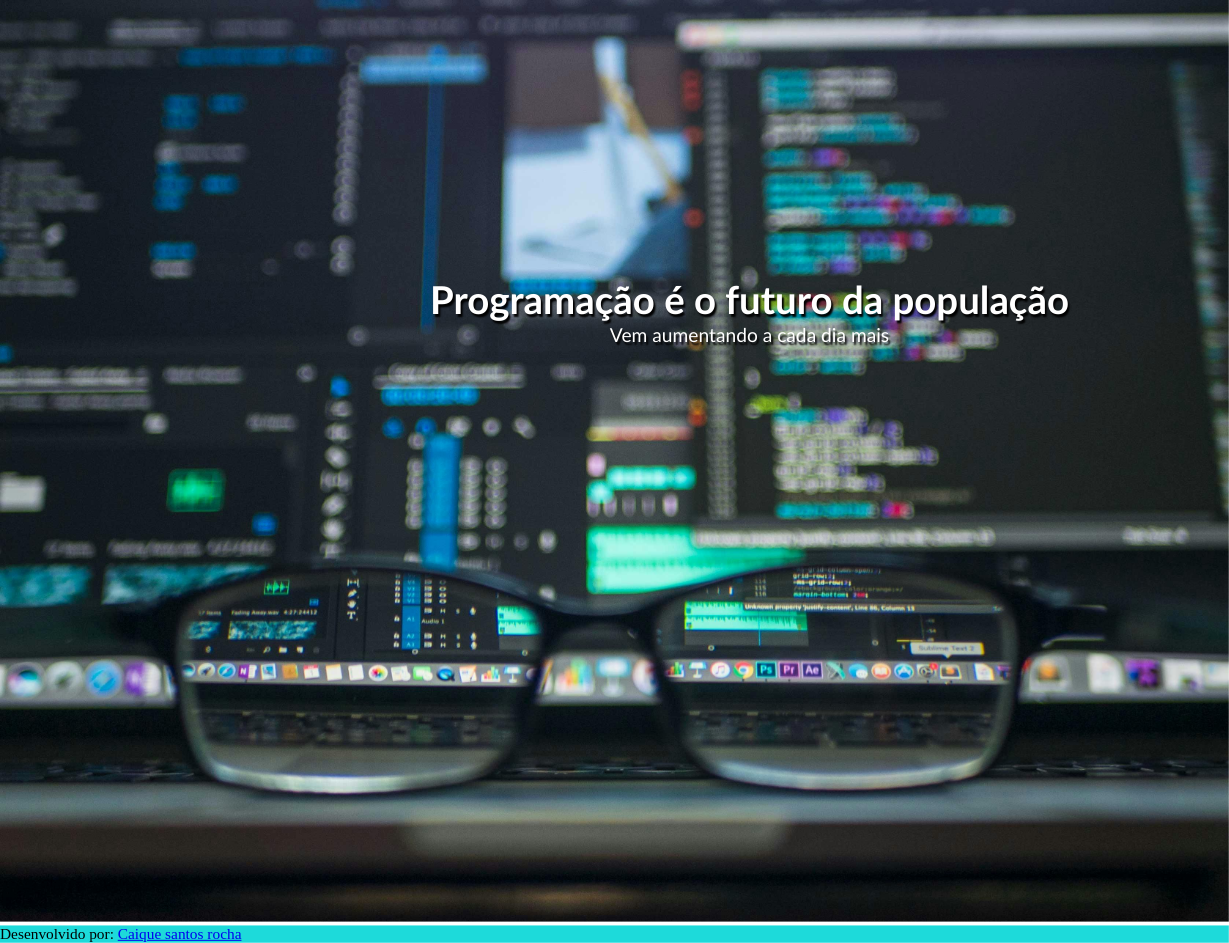
Repository: Caiquedev123/Sites
Page: index.html
These files come from the project's save history. The page is drawn as it stood at one moment and after the next save; the edit follows.
The browser window is 1280 px wide. The pictures show the whole page, at 96% of full size.

Above is the page before, as saved 2024-07-22 17:18:00.

After the next save:
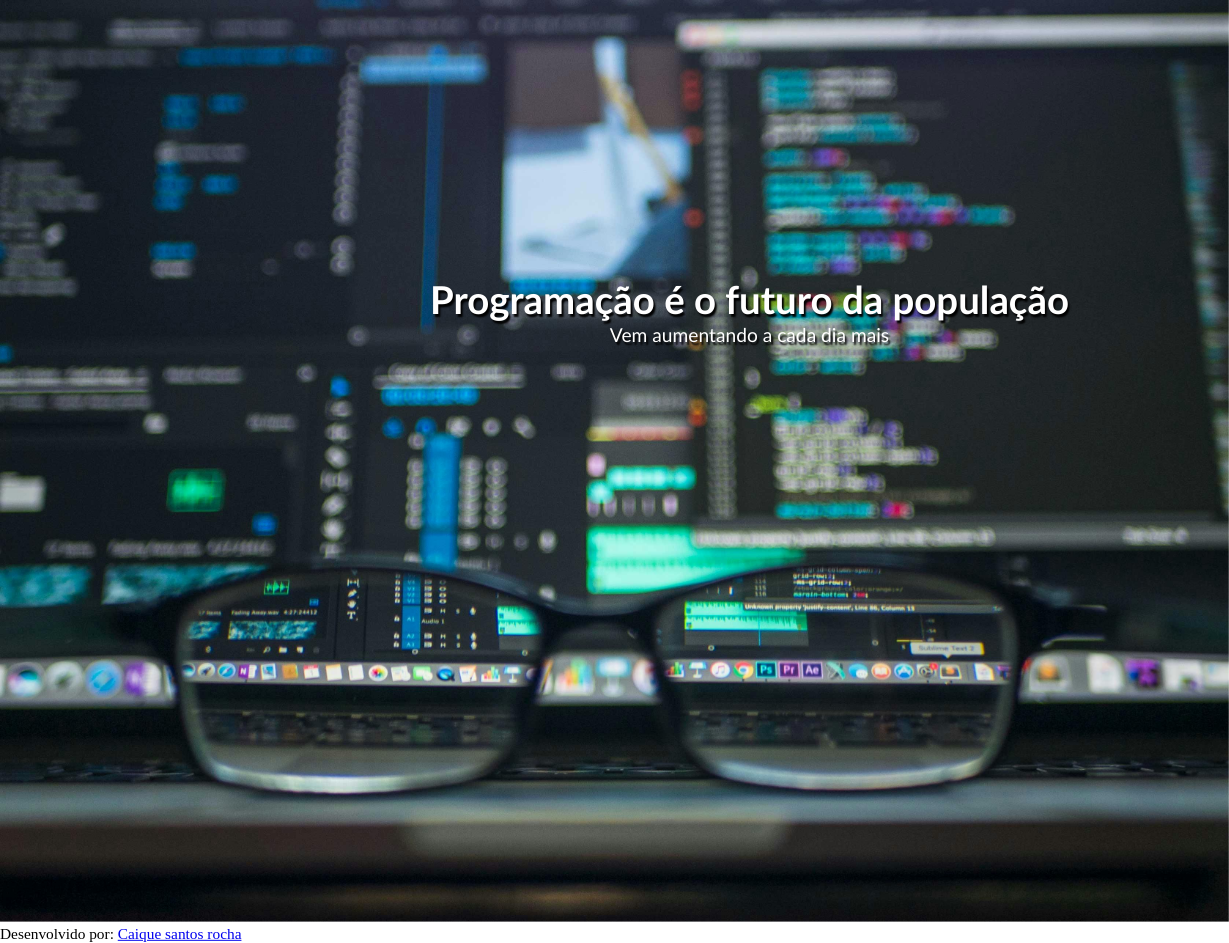
Saved 31 s later.
--- a/style.css
+++ b/style.css
@@ -17,7 +17,3 @@
     object-fit: cover;
     position: relative;
 }
-
-footer{
-    background-color: rgb(29, 218, 218);
-}
